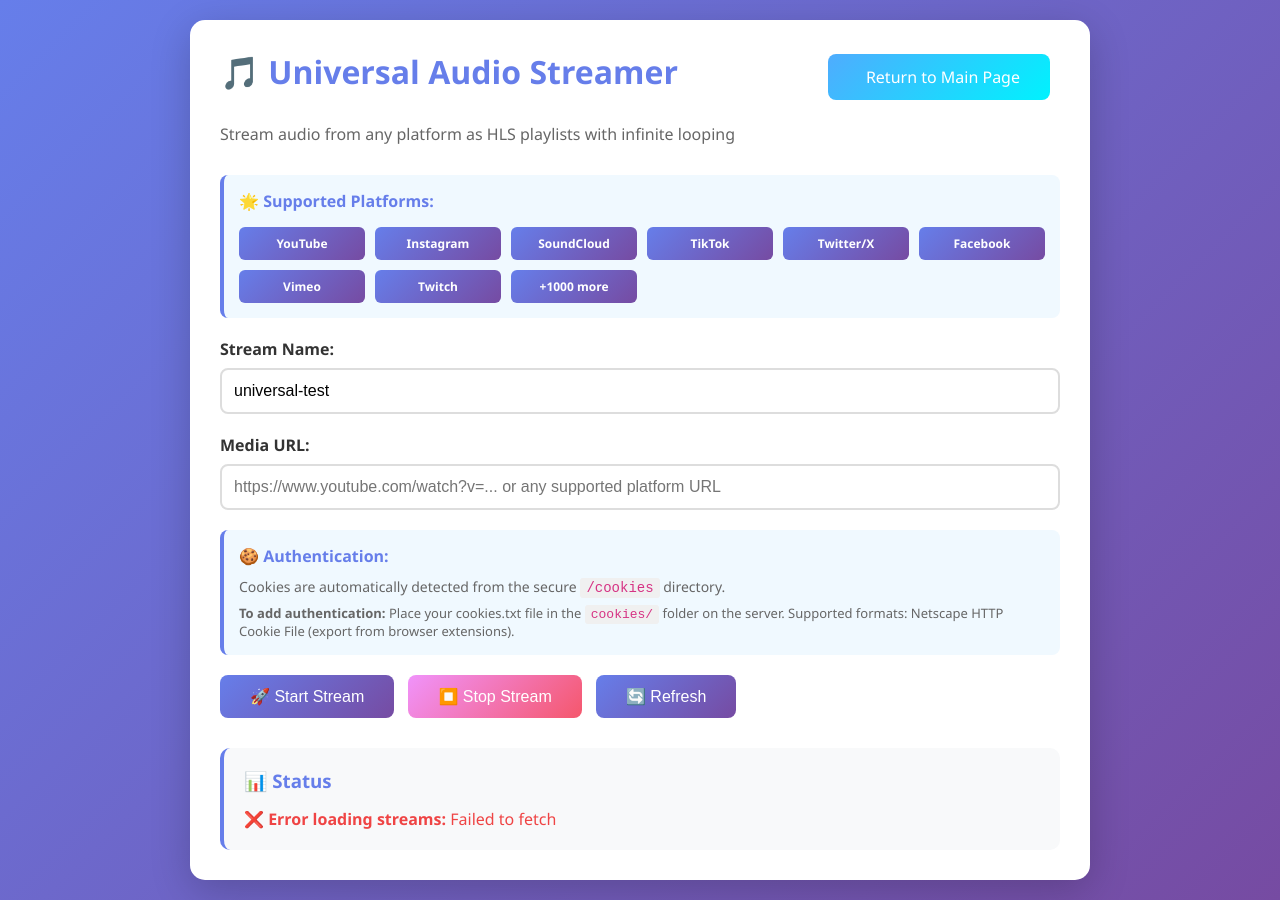
Repository: Anubis2001/quran-live-m3u8
Page: public/universal-streamer.html
An editor plug-in stored every save of this project. The page is shown before and after the next save, followed by the edit.
The browser window is 1280 px wide. The pictures show the whole page.
The page's requests for data from a server got no answer.

Above is the page before, as saved 2026-04-03 21:04:25.

### public/universal-streamer.html
<!DOCTYPE html>
<html lang="en">
<head>
    <meta charset="UTF-8">
    <meta name="viewport" content="width=device-width, initial-scale=1.0">
    <title>Universal Audio Streamer</title>
    <style>
        * {
            margin: 0;
            padding: 0;
            box-sizing: border-box;
        }

        body {
            font-family: 'Segoe UI', Tahoma, Geneva, Verdana, sans-serif;
            background: linear-gradient(135deg, #667eea 0%, #764ba2 100%);
            min-height: 100vh;
            padding: 20px;
        }

        .container {
            max-width: 900px;
            margin: 0 auto;
            background: white;
            border-radius: 15px;
            padding: 30px;
            box-shadow: 0 10px 40px rgba(0,0,0,0.2);
        }

        h1 {
            color: #667eea;
            margin-bottom: 10px;
        }

        .subtitle {
            color: #666;
            margin-bottom: 30px;
        }

        .form-group {
            margin-bottom: 20px;
        }

        label {
            display: block;
            margin-bottom: 8px;
            color: #333;
            font-weight: 600;
        }

        input[type="text"],
        input[type="url"] {
            width: 100%;
            padding: 12px;
            border: 2px solid #ddd;
            border-radius: 8px;
            font-size: 16px;
            transition: border-color 0.3s;
        }

        input:focus {
            outline: none;
            border-color: #667eea;
        }

        .btn {
            background: linear-gradient(135deg, #667eea 0%, #764ba2 100%);
            color: white;
            border: none;
            padding: 12px 30px;
            border-radius: 8px;
            font-size: 16px;
            cursor: pointer;
            transition: transform 0.2s, box-shadow 0.2s;
            margin-right: 10px;
        }

        .btn:hover {
            transform: translateY(-2px);
            box-shadow: 0 5px 15px rgba(102, 126, 234, 0.4);
        }

        .btn:active {
            transform: translateY(0);
        }

        .btn-stop {
            background: linear-gradient(135deg, #f093fb 0%, #f5576c 100%);
        }

        .btn-secondary {
            background: linear-gradient(135deg, #4facfe 0%, #00f2fe 100%);
        }

        .status-box {
            margin-top: 30px;
            padding: 20px;
            background: #f8f9fa;
            border-radius: 10px;
            border-left: 4px solid #667eea;
        }

        .status-box h3 {
            color: #667eea;
            margin-bottom: 15px;
        }

        .stream-item {
            background: white;
            padding: 15px;
            margin-bottom: 10px;
            border-radius: 8px;
            border: 1px solid #e0e0e0;
        }

        .stream-item strong {
            color: #667eea;
        }

        .success {
            color: #22c55e;
        }

        .error {
            color: #ef4444;
        }

        .loading {
            display: inline-block;
            width: 20px;
            height: 20px;
            border: 3px solid rgba(102, 126, 234, 0.3);
            border-radius: 50%;
            border-top-color: #667eea;
            animation: spin 1s ease-in-out infinite;
        }

        @keyframes spin {
            to { transform: rotate(360deg); }
        }

        .audio-player {
            margin-top: 15px;
            width: 100%;
        }

        code {
            background: #f0f0f0;
            padding: 2px 6px;
            border-radius: 3px;
            font-family: 'Courier New', monospace;
            color: #d63384;
        }

        .platforms-grid {
            display: grid;
            grid-template-columns: repeat(auto-fit, minmax(120px, 1fr));
            gap: 10px;
            margin-top: 15px;
        }

        .platform-badge {
            background: linear-gradient(135deg, #667eea 0%, #764ba2 100%);
            color: white;
            padding: 8px 12px;
            border-radius: 6px;
            text-align: center;
            font-size: 12px;
            font-weight: 600;
        }
    </style>
</head>
<body>
    <div class="container">
        <div style="display: flex; justify-content: space-between; align-items: center; margin-bottom: 20px;">
            <h1>🎵 Universal Audio Streamer</h1>
            <a href="/dashboard.html" class="btn btn-secondary" style="text-decoration: none; display: inline-flex; align-items: center; gap: 8px;">
                <i class="fas fa-arrow-left"></i> Return to Main Page
            </a>
        </div>
        <p class="subtitle">Stream audio from any platform as HLS playlists with infinite looping</p>

        <div style="background: #f0f9ff; border-left: 4px solid #667eea; padding: 15px; margin-bottom: 20px; border-radius: 8px;">
            <p style="color: #667eea; font-weight: 600; margin-bottom: 10px;">🌟 Supported Platforms:</p>
            <div class="platforms-grid">
                <div class="platform-badge">YouTube</div>
                <div class="platform-badge">Instagram</div>
                <div class="platform-badge">SoundCloud</div>
                <div class="platform-badge">TikTok</div>
                <div class="platform-badge">Twitter/X</div>
                <div class="platform-badge">Facebook</div>
                <div class="platform-badge">Vimeo</div>
                <div class="platform-badge">Twitch</div>
                <div class="platform-badge">+1000 more</div>
            </div>
        </div>

        <div class="form-group">
            <label for="streamName">Stream Name:</label>
            <input type="text" id="streamName" placeholder="e.g., my-audio-stream" value="universal-test">
        </div>

        <div class="form-group">
            <label for="mediaUrl">Media URL:</label>
            <input type="url" id="mediaUrl" placeholder="https://www.youtube.com/watch?v=... or any supported platform URL">
        </div>

        <div style="background: #f0f9ff; border-left: 4px solid #667eea; padding: 15px; margin-bottom: 20px; border-radius: 8px;">
            <p style="color: #667eea; font-weight: 600; margin-bottom: 10px;">🍪 Authentication:</p>
            <p style="color: #666; font-size: 14px; margin-bottom: 8px;">
                Cookies are automatically detected from the secure <code>/cookies</code> directory.
            </p>
            <p style="color: #666; font-size: 13px;">
                <strong>To add authentication:</strong> Place your cookies.txt file in the <code>cookies/</code> folder on the server.
                Supported formats: Netscape HTTP Cookie File (export from browser extensions).
            </p>
        </div>

        <div style="margin-top: 20px;">
            <button class="btn" onclick="startStream()" id="startBtn">
                🚀 Start Stream
            </button>
            <button class="btn btn-stop" onclick="stopStream()" id="stopBtn">
                ⏹️ Stop Stream
            </button>
            <button class="btn" onclick="loadStreams()" id="refreshBtn">
                🔄 Refresh
            </button>
        </div>

        <div class="status-box" id="statusBox">
            <h3>📊 Status</h3>
            <div id="statusContent">Click "Refresh" to load active streams</div>
        </div>
    </div>

    <script>
        const SERVER_URL = window.location.origin;
        const AUTH_HEADER = 'Basic YWRtaW46QCFKS0YzZVdkMTI=';

        async function startStream() {
            const name = document.getElementById('streamName').value.trim();
            const url = document.getElementById('mediaUrl').value.trim();

            if (!name || !url) {
                alert('Please enter both stream name and media URL');
                return;
            }

            const btn = document.getElementById('startBtn');
            btn.disabled = true;
            btn.innerHTML = '<span class="loading"></span> Starting...';

            try {
                const requestBody = { url: url };
                // Cookies are auto-detected from server's /cookies directory

                const response = await fetch(`${SERVER_URL}/api/streams/youtube/${name}`, {
                    method: 'POST',
                    headers: {
                        'Authorization': AUTH_HEADER,
                        'Content-Type': 'application/json'
                    },
                    body: JSON.stringify(requestBody)
                });

                if (response.ok) {
                    const data = await response.json();
                    const authInfo = data.cookiesUsed ? '<br><strong>🍪 Authenticated:</strong> Yes (using server cookies)' : '';
                    const platformInfo = data.platform ? `<br><strong>🎯 Platform:</strong> ${data.platform}` : '';
                    document.getElementById('statusContent').innerHTML = `
                        <div class="success">
                            <strong>✅ Stream started successfully!</strong><br><br>
                            <strong>Name:</strong> ${data.name}${platformInfo}<br>
                            <strong>Stream URL:</strong> <code>${data.streamUrl}</code>${authInfo}<br><br>
                            <audio controls class="audio-player">
                                <source src="${data.streamUrl}" type="application/vnd.apple.mpegurl">
                                Your browser does not support HLS playback.
                            </audio>
                        </div>
                    `;
                    loadStreams();
                } else {
                    const error = await response.json();
                    let errorMessage = error.error || 'Failed to start stream';

                    // Add helpful message if cookies are required
                    if (error.requiresCookies && !error.cookiesProvided) {
                        errorMessage += '<br><br><strong>💡 Solution:</strong> Please place a cookies.txt file in the server\'s <code>/cookies</code> directory.';
                    } else if (error.requiresCookies && error.cookiesProvided) {
                        errorMessage += '<br><br><strong>💡 Solution:</strong> Your cookies may be expired. Please update the cookies.txt file in the <code>/cookies</code> directory.';
                    }

                    throw new Error(errorMessage);
                }
            } catch (error) {
                document.getElementById('statusContent').innerHTML = `
                    <div class="error">
                        <strong>❌ Error:</strong> ${error.message}
                    </div>
                `;
            } finally {
                btn.disabled = false;
                btn.innerHTML = '🚀 Start Stream';
            }
        }

        async function stopStream() {
            const name = document.getElementById('streamName').value.trim();

            if (!name) {
                alert('Please enter a stream name');
                return;
            }

            try {
                const response = await fetch(`${SERVER_URL}/api/streams/${name}/stop`, {
                    method: 'POST',
                    headers: {
                        'Authorization': AUTH_HEADER
                    }
                });

                if (response.ok) {
                    document.getElementById('statusContent').innerHTML = `
                        <div class="success">
                            <strong>✅ Stream stopped!</strong>
                        </div>
                    `;
                    loadStreams();
                } else {
                    const error = await response.text();
                    throw new Error(error);
                }
            } catch (error) {
                document.getElementById('statusContent').innerHTML = `
                    <div class="error">
                        <strong>❌ Error:</strong> ${error.message}
                    </div>
                `;
            }
        }

        async function loadStreams() {
            const statusContent = document.getElementById('statusContent');
            statusContent.innerHTML = '<span class="loading"></span> Loading...';

            try {
                const response = await fetch(`${SERVER_URL}/api/streams`);
                const streams = await response.json();

                if (streams.length === 0) {
                    statusContent.innerHTML = '<p>No active streams</p>';
                    return;
                }

                let html = '';
                streams.forEach(stream => {
                    const statusColor = stream.status === 'running' ? '#22c55e' : '#ef4444';
                    html += `
                        <div class="stream-item">
                            <strong>${stream.name}</strong><br>
                            <span style="color: ${statusColor}">● ${stream.status.toUpperCase()}</span><br>
                            <small>Created: ${new Date(stream.createdAt).toLocaleString()}</small><br>
                            <code>${stream.url}</code><br>
                            <audio controls style="margin-top: 10px; width: 100%;">
                                <source src="${stream.url}" type="application/vnd.apple.mpegurl">
                                Your browser does not support HLS
                            </audio>
                        </div>
                    `;
                });

                statusContent.innerHTML = html;
            } catch (error) {
                statusContent.innerHTML = `
                    <div class="error">
                        <strong>❌ Error loading streams:</strong> ${error.message}
                    </div>
                `;
            }
        }

        // Load streams on page load
        loadStreams();
    </script>
</body>
</html>

After the next save:
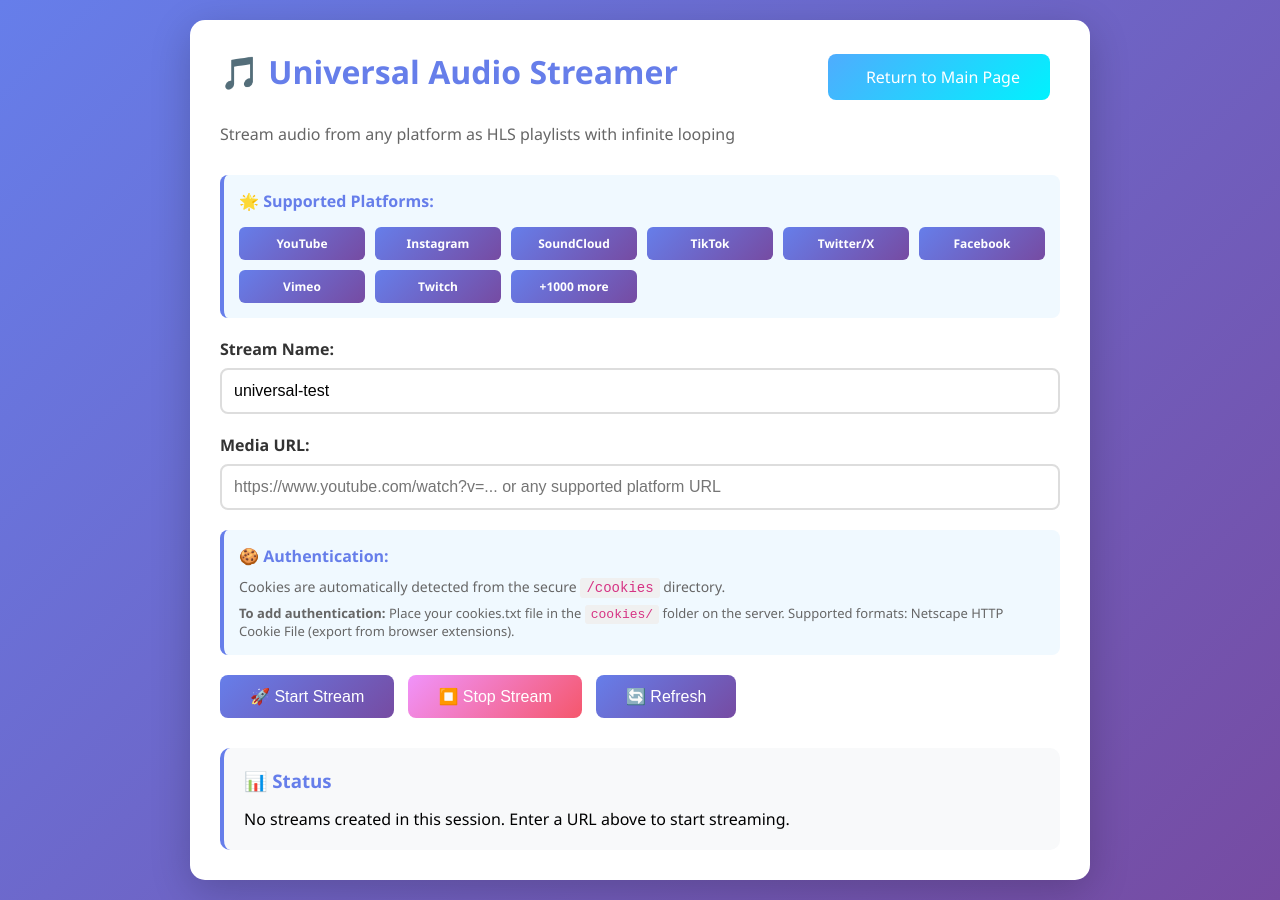
Saved 2 min 59 s later.
--- a/public/universal-streamer.html
+++ b/public/universal-streamer.html
@@ -268,18 +268,31 @@
                     const data = await response.json();
                     const authInfo = data.cookiesUsed ? '<br><strong>🍪 Authenticated:</strong> Yes (using server cookies)' : '';
                     const platformInfo = data.platform ? `<br><strong>🎯 Platform:</strong> ${data.platform}` : '';
+
+                    // Store this stream in session storage (temporary, cleared on refresh)
+                    let sessionStreams = JSON.parse(sessionStorage.getItem('sessionStreams') || '[]');
+                    sessionStreams.push({
+                        name: data.name,
+                        streamUrl: data.streamUrl,
+                        createdAt: new Date().toISOString()
+                    });
+                    sessionStorage.setItem('sessionStreams', JSON.stringify(sessionStreams));
+
+                    // Show ONLY the newly created stream with its URL
                     document.getElementById('statusContent').innerHTML = `
                         <div class="success">
-                            <strong>✅ Stream started successfully!</strong><br><br>
+                            <strong>✅ Stream created successfully!</strong><br><br>
                             <strong>Name:</strong> ${data.name}${platformInfo}<br>
                             <strong>Stream URL:</strong> <code>${data.streamUrl}</code>${authInfo}<br><br>
+                            <p style="margin-top: 15px; color: #666; font-size: 14px;">
+                                💡 This stream is visible only during this session. It will be cleared after page refresh.
+                            </p>
                             <audio controls class="audio-player">
                                 <source src="${data.streamUrl}" type="application/vnd.apple.mpegurl">
                                 Your browser does not support HLS playback.
                             </audio>
                         </div>
                     `;
-                    loadStreams();
                 } else {
                     const error = await response.json();
                     let errorMessage = error.error || 'Failed to start stream';
@@ -322,12 +335,17 @@
                 });
 
                 if (response.ok) {
+                    // Remove from session storage
+                    let sessionStreams = JSON.parse(sessionStorage.getItem('sessionStreams') || '[]');
+                    sessionStreams = sessionStreams.filter(s => s.name !== name);
+                    sessionStorage.setItem('sessionStreams', JSON.stringify(sessionStreams));
+
                     document.getElementById('statusContent').innerHTML = `
                         <div class="success">
                             <strong>✅ Stream stopped!</strong>
                         </div>
                     `;
-                    loadStreams();
+                    displaySessionStreams();
                 } else {
                     const error = await response.text();
                     throw new Error(error);
@@ -341,48 +359,36 @@
             }
         }
 
-        async function loadStreams() {
+        // Display streams created in current session only
+        function displaySessionStreams() {
+            const sessionStreams = JSON.parse(sessionStorage.getItem('sessionStreams') || '[]');
             const statusContent = document.getElementById('statusContent');
-            statusContent.innerHTML = '<span class="loading"></span> Loading...';
-
-            try {
-                const response = await fetch(`${SERVER_URL}/api/streams`);
-                const streams = await response.json();
-
-                if (streams.length === 0) {
-                    statusContent.innerHTML = '<p>No active streams</p>';
-                    return;
-                }
-
-                let html = '';
-                streams.forEach(stream => {
-                    const statusColor = stream.status === 'running' ? '#22c55e' : '#ef4444';
-                    html += `
-                        <div class="stream-item">
-                            <strong>${stream.name}</strong><br>
-                            <span style="color: ${statusColor}">● ${stream.status.toUpperCase()}</span><br>
-                            <small>Created: ${new Date(stream.createdAt).toLocaleString()}</small><br>
-                            <code>${stream.url}</code><br>
-                            <audio controls style="margin-top: 10px; width: 100%;">
-                                <source src="${stream.url}" type="application/vnd.apple.mpegurl">
-                                Your browser does not support HLS
-                            </audio>
-                        </div>
-                    `;
-                });
-
-                statusContent.innerHTML = html;
-            } catch (error) {
-                statusContent.innerHTML = `
-                    <div class="error">
-                        <strong>❌ Error loading streams:</strong> ${error.message}
+
+            if (sessionStreams.length === 0) {
+                statusContent.innerHTML = '<p>No streams created in this session. Enter a URL above to start streaming.</p>';
+                return;
+            }
+
+            let html = '<h4 style="margin-bottom: 15px;">Streams Created This Session:</h4>';
+            sessionStreams.forEach(stream => {
+                html += `
+                    <div class="stream-item">
+                        <strong>${stream.name}</strong><br>
+                        <small>Created: ${new Date(stream.createdAt).toLocaleTimeString()}</small><br>
+                        <code>${stream.streamUrl}</code><br>
+                        <audio controls style="margin-top: 10px; width: 100%;">
+                            <source src="${stream.streamUrl}" type="application/vnd.apple.mpegurl">
+                            Your browser does not support HLS
+                        </audio>
                     </div>
                 `;
-            }
-        }
-
-        // Load streams on page load
-        loadStreams();
+            });
+
+            statusContent.innerHTML = html;
+        }
+
+        // Initialize on page load - show empty state (no streams from previous sessions)
+        displaySessionStreams();
     </script>
 </body>
 </html>
